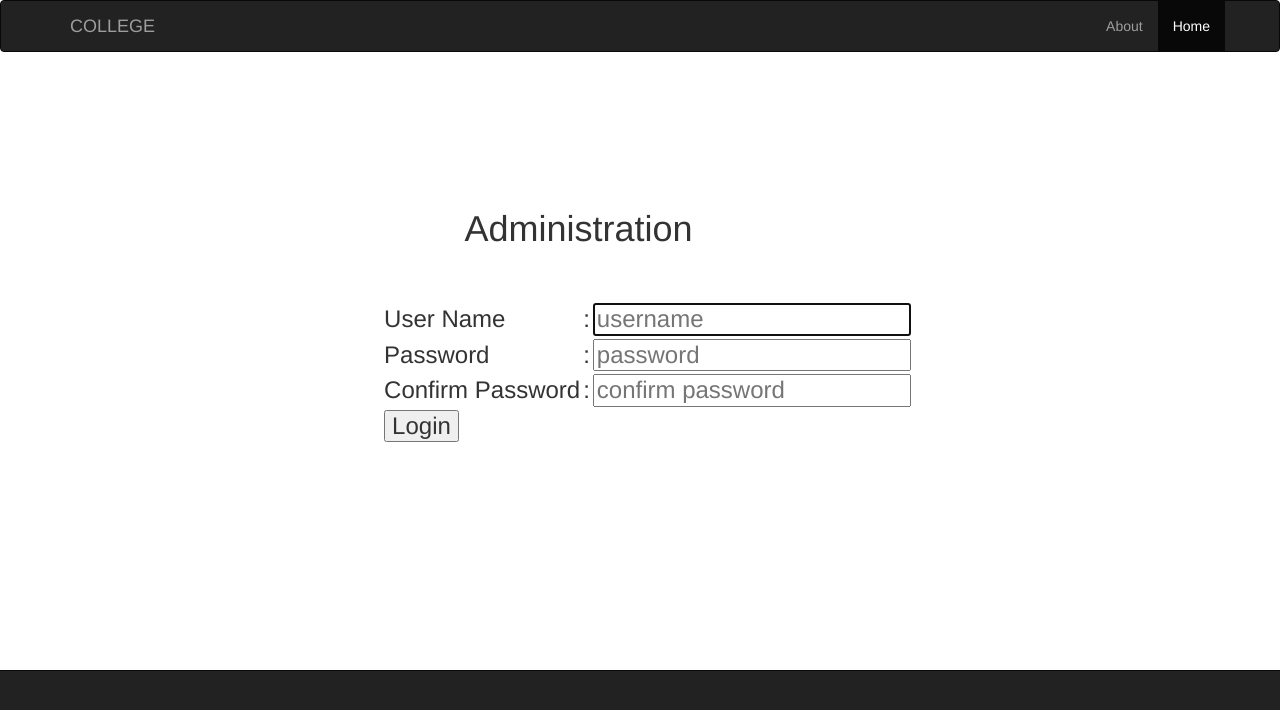
Repository: waheedsd/College
Page: http://localhost/College/admin.jsp
These files come from the project's save history. The page is drawn as it stood at one moment and after the next save; the edit follows.
The browser window is 1280 px wide. The pictures show the whole page.
The page is served by Tomcat 9.

Above is the page before, as saved 2017-09-13 17:30:49.

After the next save:
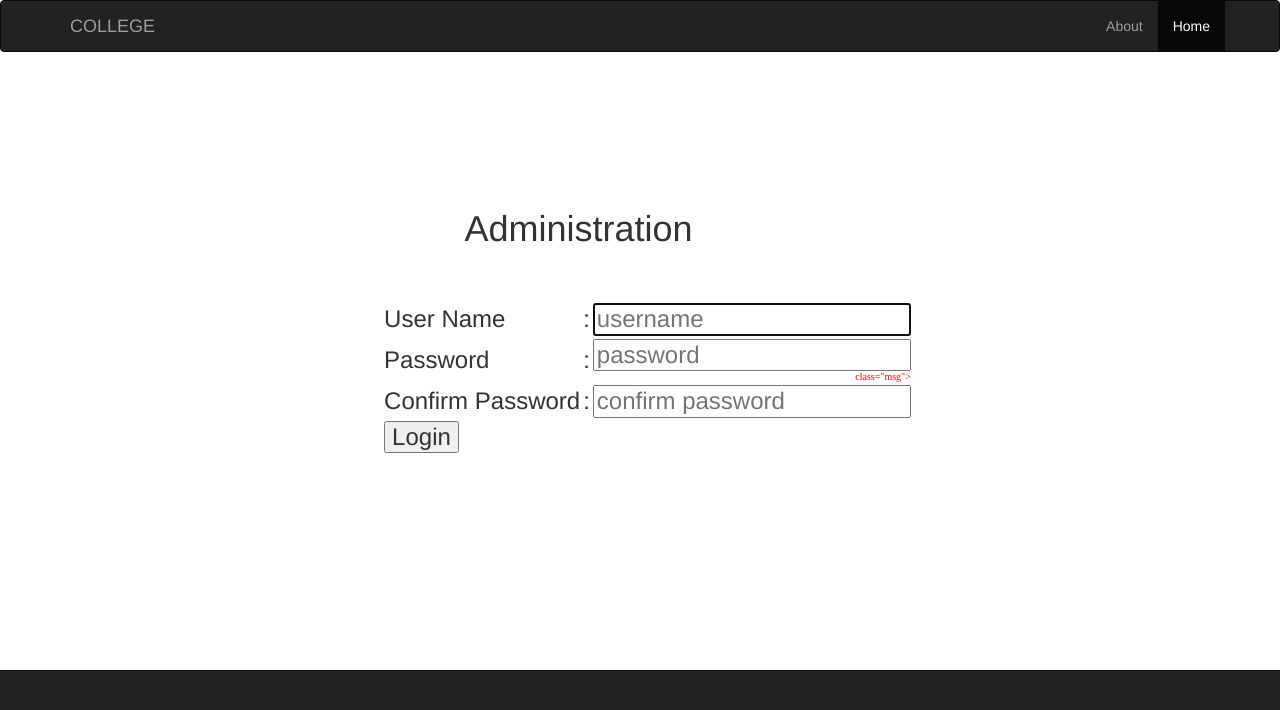
Saved 7 s later.
--- a/College/WebContent/admin.jsp
+++ b/College/WebContent/admin.jsp
@@ -79,7 +79,7 @@
             <td>Password</td>
             <td>:</td>
             <td>
-                <input type="password" name="admin_password1"  required placeholder="password"><span id="msg"><div class="msg"></div></span>
+                <input type="password" name="admin_password1"  required placeholder="password"><span id="msg"><div> class="msg"></div></span>
             </td>
         </tr>
         <tr>
